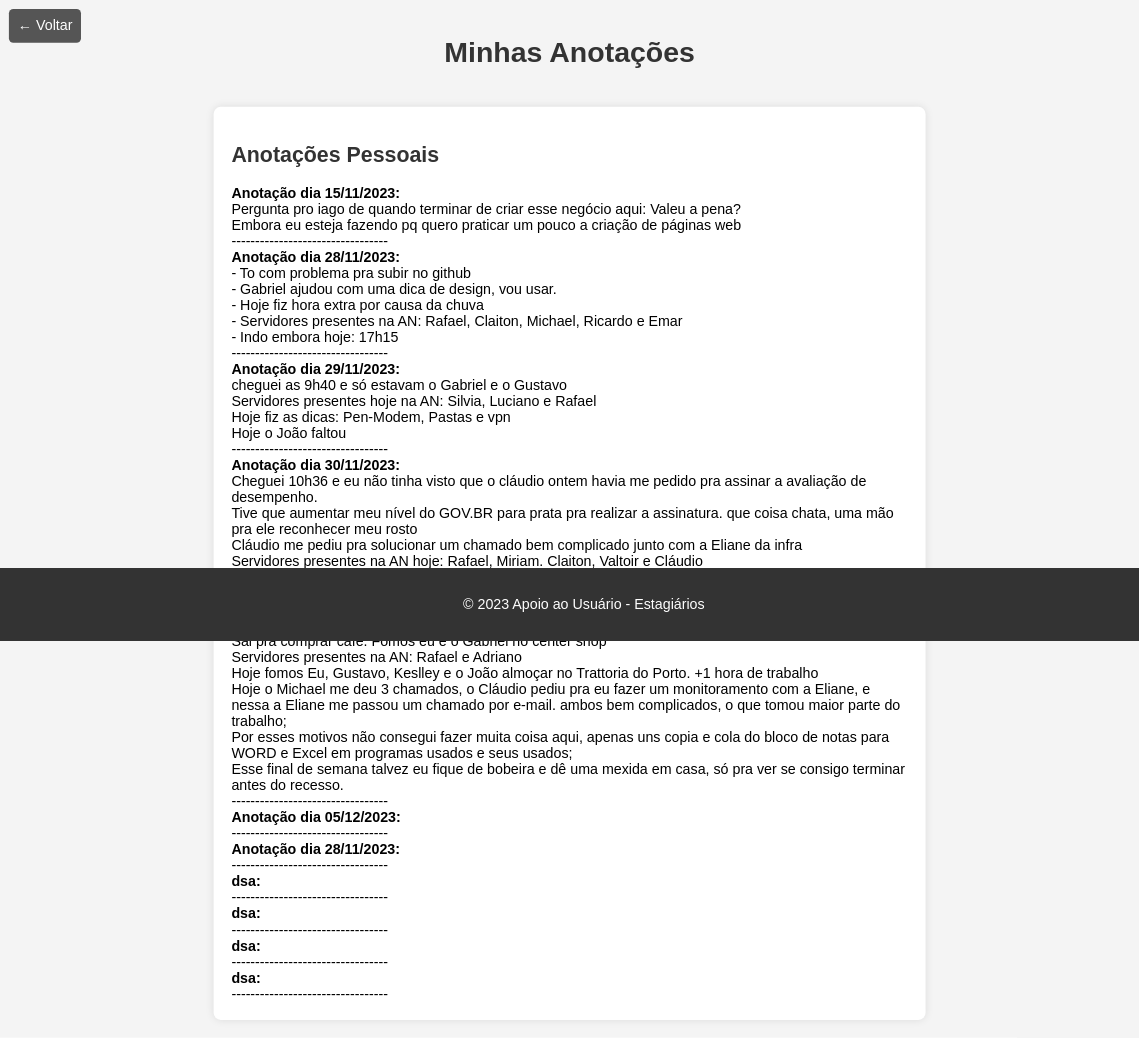
Repository: I4guito/dicasdez
Page: Dicas site/Mais/anotações pessoais de iago/antpessoal.html
An editor plug-in stored every save of this project. The page is shown before and after the next save, followed by the edit.
The browser window is 1280 px wide. The pictures show the whole page, at 89% of full size.

Above is the page before, as saved 2023-12-05 10:43:59.

### Dicas site/Mais/anotações pessoais de iago/antpessoal.html
<!DOCTYPE html>
<html lang="pt-br">
    <head>
        <meta charset="UTF-8">
        <meta name="viewport" content="width=device-width, initial-scale=1.0">
        <link rel="stylesheet" href="ant.css">
        <title>Minhas Anotações</title>
    </head>
    <body>
        <div class="container">
            <header>
                <a href="javascript:history.back()" class="voltar-btn">&#8592; Voltar</a>
                <h1>Minhas Anotações</h1>
            </header>
            <main>
                <section class="notes">
                    <h2>Anotações Pessoais</h2>

                    <div class="anot">
                        <strong>Anotação dia 15/11/2023: </strong>
                        <br> Pergunta pro iago de quando terminar de criar esse negócio aqui: Valeu a pena?
                        <br> Embora eu esteja fazendo pq quero praticar um pouco a criação de páginas web

                    </div>
                    ---------------------------------

                    <div class="anot">
                        <strong>Anotação dia 28/11/2023:</strong>
                        <br>- To com problema pra subir no github
                        <br>- Gabriel ajudou com uma dica de design, vou usar.
                        <br>- Hoje fiz hora extra por causa da chuva
                        <br>- Servidores presentes na AN: Rafael, Claiton, Michael, Ricardo e Emar
                        <br>- Indo embora hoje: 17h15

                    </div>
                    ---------------------------------
                    <div class="anot">
                        <strong>Anotação dia 29/11/2023:</strong>
                        <br> cheguei as 9h40 e só estavam o Gabriel e o Gustavo
                        <br> Servidores presentes hoje na AN: Silvia, Luciano e Rafael
                        <br> Hoje fiz as dicas: Pen-Modem, Pastas e vpn
                        <br> Hoje o João faltou

                    </div>
                    ---------------------------------

                    <div class="anot">
                        <strong>Anotação dia 30/11/2023: </strong>
                        <br> Cheguei  10h36 e eu não tinha visto que o cláudio ontem havia me pedido pra assinar a avaliação de desempenho.
                        <br>Tive que aumentar meu nível do GOV.BR para prata pra realizar a assinatura. que coisa chata, uma mão pra ele reconhecer meu rosto
                        <br>Cláudio me pediu pra solucionar um chamado bem complicado junto com a Eliane da infra
                        <br>Servidores presentes na AN hoje: Rafael, Miriam. Claiton, Valtoir e Cláudio
                        <br>Hoje não consegui fazer muita coisa (na página dicas), mais por preguiça mesmo


                    </div>
                    ---------------------------------

                    <div class="anot">
                        <strong>Anotação dia 01/12/2023: </strong>
                        <br> Cheguei as 10h22
                        <br> Sai pra comprar café. Fomos eu e o Gabriel no center shop
                        <br> Servidores presentes na AN: Rafael e Adriano
                        <br> Hoje fomos Eu, Gustavo, Keslley e o João almoçar no Trattoria do Porto. +1 hora de trabalho
                        <br> Hoje o Michael me deu 3 chamados, o Cláudio pediu pra eu fazer um monitoramento com a Eliane, e nessa a Eliane me passou um chamado por e-mail. ambos bem complicados, o que tomou maior parte do trabalho;
                        <br> Por esses motivos não consegui fazer muita coisa aqui, apenas uns copia e cola do bloco de notas para WORD e Excel em programas usados e seus usados;
                        <br> Esse final de semana talvez eu fique de bobeira e dê uma mexida em casa, só pra ver se consigo terminar antes do recesso.

                    </div>
                    ---------------------------------

                    <div class="anot">
                        <strong>Anotação dia 05/12/2023: </strong>

                    </div>
                    ---------------------------------
                    <div class="anot">
                        <strong> Anotação dia 28/11/2023:</strong>

                    </div>
                    ---------------------------------

                    <div class="anot">
                        <strong> dsa:</strong>

                    </div>
                    ---------------------------------

                    <div class="anot">
                        <strong> dsa:</strong>

                    </div>
                    ---------------------------------

                    <div class="anot">
                        <strong> dsa:</strong>

                    </div>
                    ---------------------------------

                    <div class="anot">
                        <strong> dsa:</strong>

                    </div>
                    ---------------------------------



                </section>
            </main>
        </div>
    <footer>
        <p>© 2023 Apoio ao Usuário - Estagiários</p>
    </footer>


</body>
</html>

### Dicas site/Mais/anotações pessoais de iago/ant.css
body {
    font-family: 'Arial', sans-serif;
    margin: 0;
    padding: 0;
    background-color: #f4f4f4;
}

.container {
    max-width: 800px;
    margin: 0 auto;
    padding: 20px;
}

header {
    text-align: center;
    padding-bottom: 20px;
}

h1 {
    color: #333;
}

main {
    background-color: #fff;
    padding: 20px;
    border-radius: 8px;
    box-shadow: 0 0 10px rgba(0, 0, 0, 0.1);
}

.notes {
    margin-top: 20px;
}

h2 {
    color: #333;
}

textarea {
    width: 100%;
    height: 200px;
    padding: 10px;
    box-sizing: border-box;
    border: 1px solid #ccc;
    border-radius: 4px;
    resize: vertical;
}

footer {
    background-color: #333;
    color: #fff;
    text-align: center;
    padding: 1em;
    position: fixed;
    bottom: 0;
    width: 100%;
}

.voltar-btn {
    position: absolute;
    left: 10px;
    top: 10px;
    text-decoration: none;
    color: #fff;
    font-size: 16px;
    padding: 10px;
    background-color: #555;
    border: none;
    border-radius: 5px;
    cursor: pointer;
    transition: background-color 0.3s;
}

.voltar-btn:hover {
    background-color: #777;
}

.note {
    background-color: #fff;
    padding: 10px;
    margin-top: 10px;
    border: 1px solid #ccc;
    border-radius: 4px;
    box-shadow: 0 0 5px rgba(0, 0, 0, 0.1);
}

After the next save:
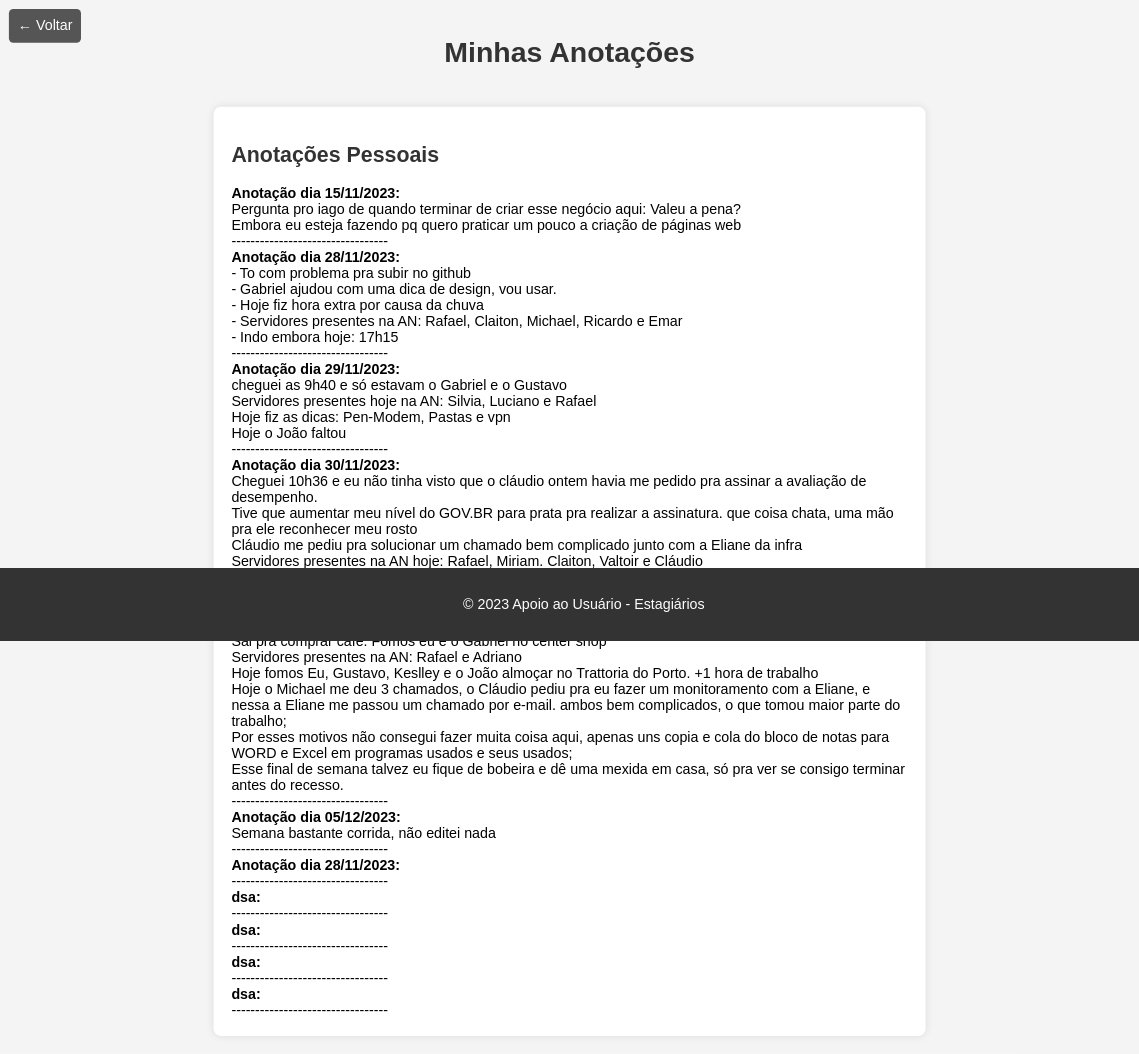
Saved 12 s later.
--- a/Dicas site/Mais/anotações pessoais de iago/antpessoal.html
+++ b/Dicas site/Mais/anotações pessoais de iago/antpessoal.html
@@ -71,7 +71,7 @@
 
                     <div class="anot">
                         <strong>Anotação dia 05/12/2023: </strong>
-
+                        <br> Semana bastante corrida, não editei nada
                     </div>
                     ---------------------------------
                     <div class="anot">
